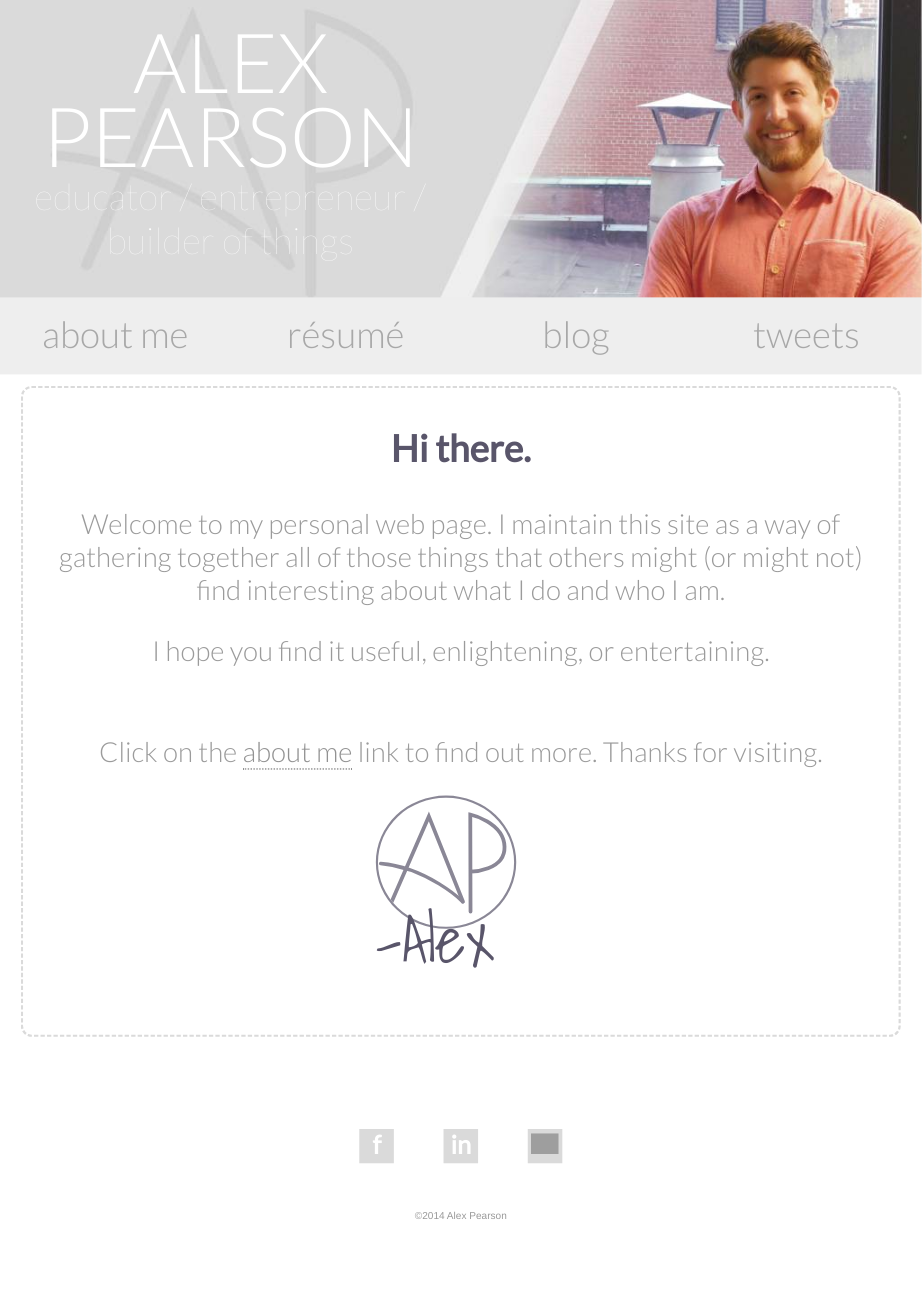
Repository: NAlexPear/personal-page
Page: about/index.html
The author's editor kept a record of every edit. The page is drawn from the files as they stood at one moment, then again after the next edit.
The browser window is 1280 px wide. The pictures show the whole page, at 72% of full size.
Pictures or frames that could not be fetched are drawn as grey boxes.

Above is the page before.

After the next edit:
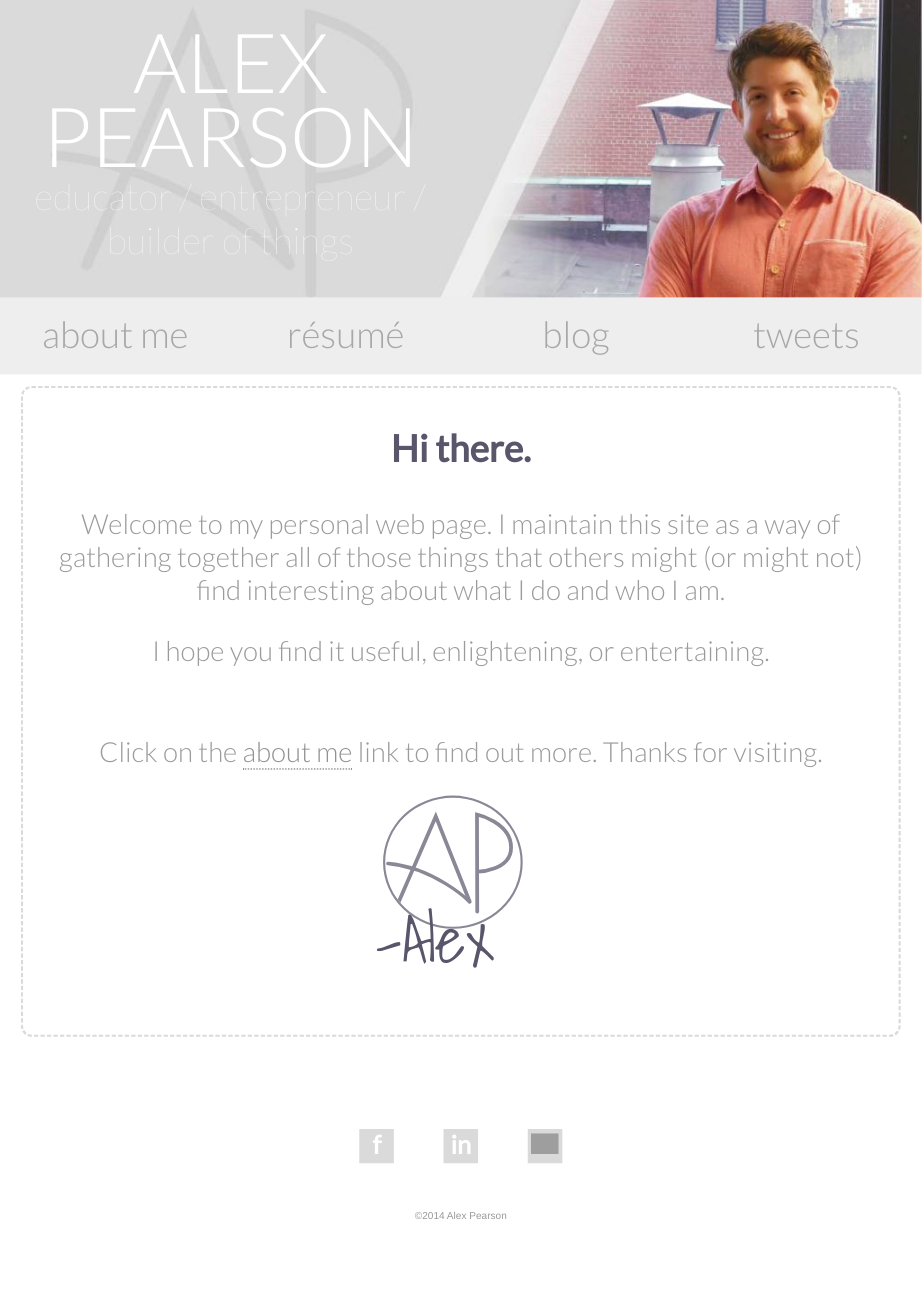
The edit:
--- a/theme/css/maintemplate2.css
+++ b/theme/css/maintemplate2.css
@@ -75,7 +75,7 @@
 
 .signature img{
     /*float:left;*/
-    margin-left:25%;
+    margin-left:27%;
     width:40%;
     height:14vw;
     margin-bottom:0;
